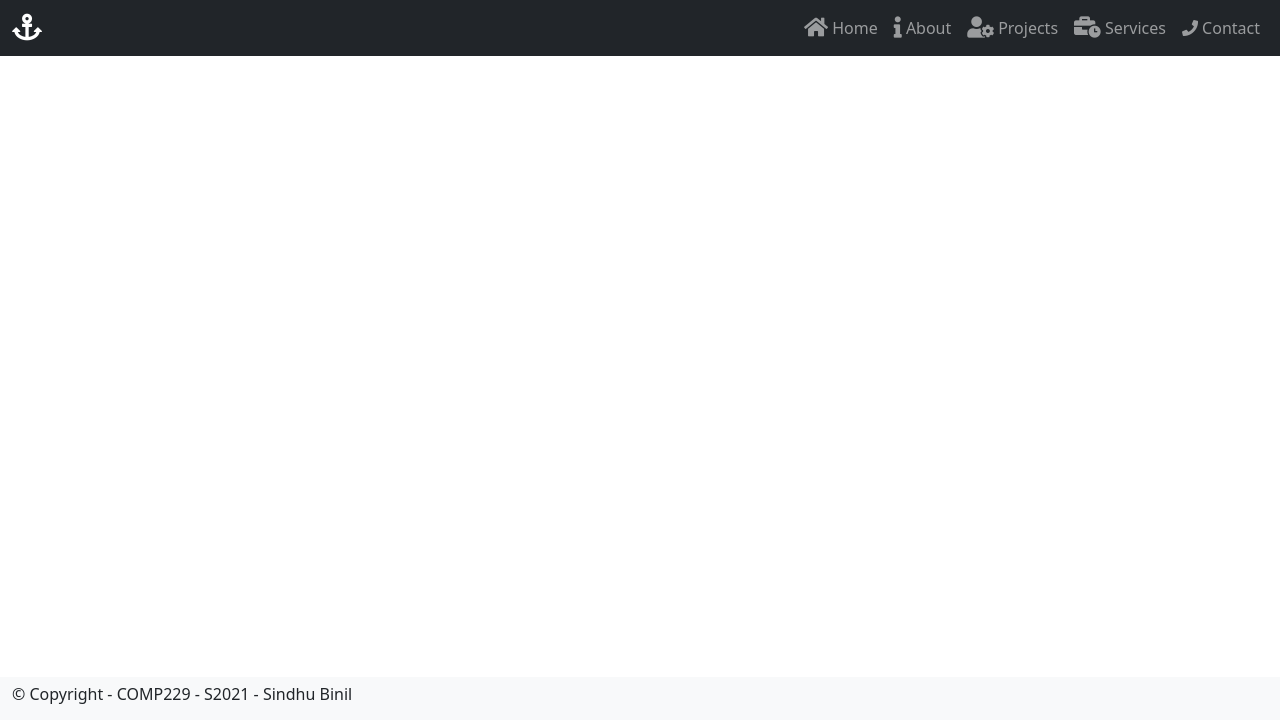
Repository: Ann8002/COMP229-PORTFOLIO-A1
Page: http://localhost/
The author's editor kept a copy of each file at every save. The page is drawn from the files as they stood at one save, then again after the next save.
The browser window is 1280 px wide. The pictures show the whole page.
The page is served by the project's Node server (index.js).

Above is the page before, as saved 2021-10-02 18:58:45.

After the next save:
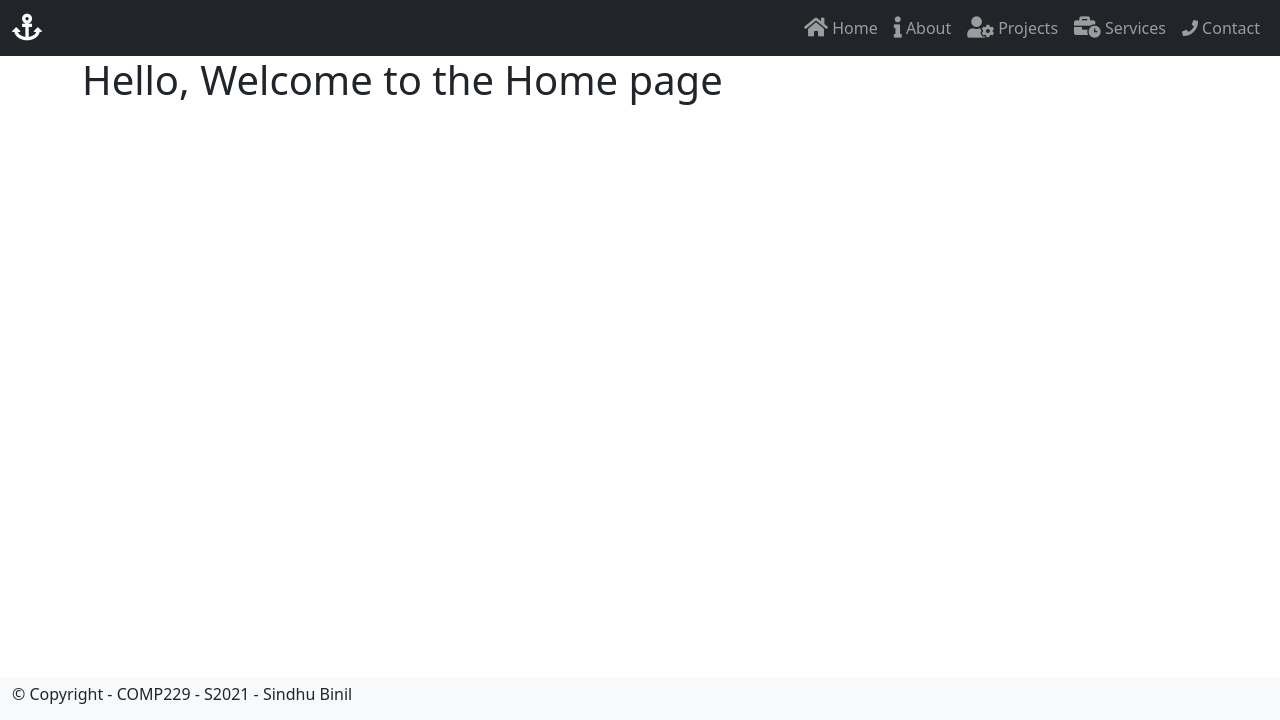
Saved 82 s later.
--- a/views/index.ejs
+++ b/views/index.ejs
@@ -16,7 +16,10 @@
     <%- include('./components/header.ejs') %>
   </header>
 
+ <div class="container">
+  <h1>Hello, Welcome to the <%= title %> page</h1>
 
+ </div>
 
  <!-- Bottom Nav -->
 
